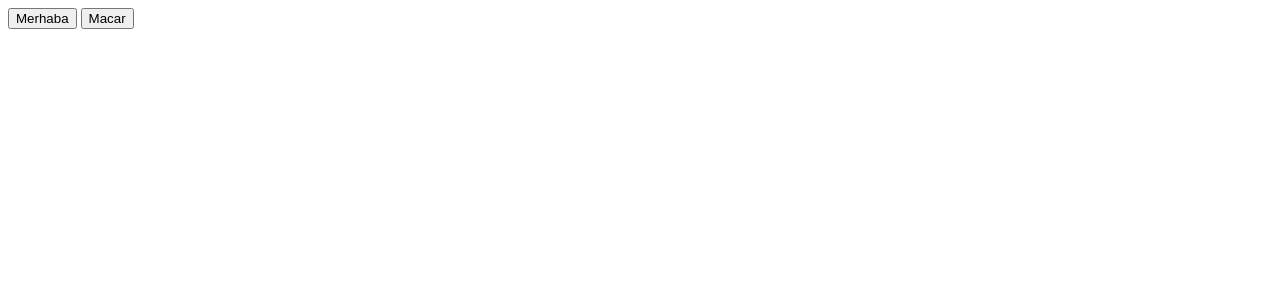
Repository: Sonvatan/Sonvatan
Page: JavaScript-Test.html
These files come from the project's save history. The page is drawn as it stood at one moment and after the next save; the edit follows.
The browser window is 1280 px wide. The pictures show the whole page.

Above is the page before, as saved 2024-01-16 11:20:29.

After the next save:
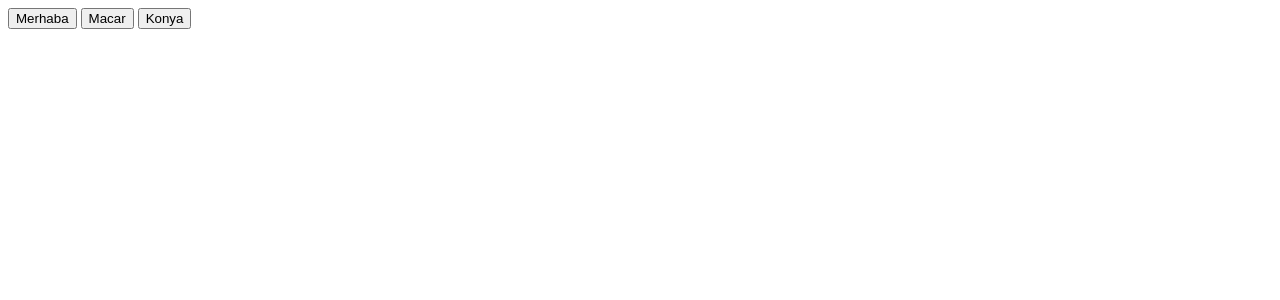
Saved 113 s later.
--- a/JavaScript-Test.html
+++ b/JavaScript-Test.html
@@ -6,12 +6,14 @@
     <body>
         <button onclick='SonmacarTest()' >Merhaba</button>
         <button onclick='SonmacarTest()' >Macar</button>
+        <button onclick='SonmacarTest()' >Konya</button>
         <script>
             var x = 9;
             var y = 4;
             function SonmacarTest() {
                 alert(x + y );
                 alert(x - y );
+                alert(x * y );
             }
 
 
